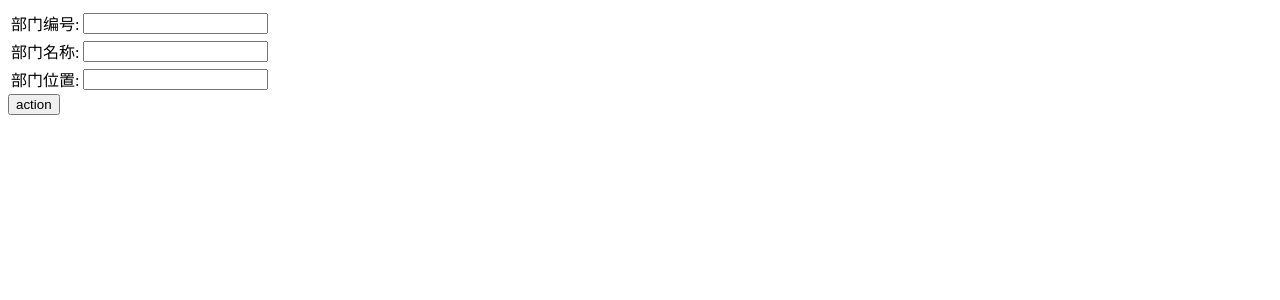
Repository: jianminghao/ssiProject
Page: http://localhost/myssiProject/dept.jsp
These files come from the project's save history. The page is drawn as it stood at one moment and after the next save; the edit follows.
The browser window is 1280 px wide. The pictures show the whole page.
The page is served by Tomcat 9. Other server files are loaded and not shown.

Above is the page before, as saved 2020-03-05 04:09:10.

### myssiProject/WebContent/dept.jsp
<%@ page language="java" contentType="text/html; charset=UTF-8"
    pageEncoding="UTF-8"%>
<!DOCTYPE html>
<%@page import="java.util.List"%>
<%@page import="java.util.ArrayList"%>
<%@page import="myssiProject.com.hao.detp.vo.DeptInfo"%>


<html>
<head>
<meta charset="UTF-8">
<title>Insert title here</title>
<SCRIPT src="resource/jquery/jquery.js" type=text/javascript></SCRIPT>

	<script type="text/javascript">
		var locationPath = "localhost:8080/myssiProject";
		//定义Action的URL
	    insert = function (){
			debugger;
	    	var deptNo =  document.getElementById("deptNo").value;
	    	var dName =  document.getElementById("dName").value;
	    	var loc =  document.getElementById("loc").value;
			document.all.dept.action=locationPath+"/dept.do?method=insert"
										+"&deptInfo.deptNo="+deptNo
										+"&deptInfo.dName="+dName
										+"&deptInfo.loc="+loc;
			document.all.dept.submit();
		}
	    function deleteInfo(){
			debugger;
	    	var deptNo =  document.getElementById("deptNo").value;
	    	var dName =  document.getElementById("dName").value;
	    	var loc =  document.getElementById("loc").value;
			document.all.dept.action=locationPath+"/dept.do?method=delete"
										+"&deptInfo.deptNo="+deptNo
										+"&deptInfo.dName="+dName
										+"&deptInfo.loc="+loc;
			document.all.dept.submit();
		}
	    function update(){
			debugger;
	    	var deptNo =  document.getElementById("deptNo").value;
	    	var dName =  document.getElementById("dName").value;
	    	var loc =  document.getElementById("loc").value;
			document.all.dept.action=locationPath+"/dept.do?method=update"
										+"&deptInfo.deptNo="+deptNo
										+"&deptInfo.dName="+dName
										+"&deptInfo.loc="+loc;
			document.all.dept.submit();
		}
	    function query(){
			debugger;
	    	var deptNo =  document.getElementById("deptNo").value;
	    	var dName =  document.getElementById("dName").value;
	    	var loc =  document.getElementById("loc").value;
			document.all.dept.action=locationPath+"/dept.do?method=list"
										+"&deptInfo.deptNo="+deptNo
										+"&deptInfo.dName="+dName
										+"&deptInfo.loc="+loc;
			console.log(document.all.dept.action);
			document.all.dept.submit();
		}

	</script>
</head>
<body>
	<form id="dept" name ="dept"  method="post" action="dept.do" >
	<!-- <form action="dept.do"  method="post" focus="dept"> -->
		<table>
			<tr>
				<td>部门编号:  </td>
				 <td><input type="text" id="deptNo" name="deptInfo.deptNo"></td>
			</tr>
			<tr>
				<td>部门名称:  </td>
				 <td><input type="text" id="dName" name="deptInfo.dName"></td>
			</tr>
			<tr>
				<td>部门位置:  </td>
				 <td><input type="text" id="loc" name="deptInfo.loc"></td>
			</tr>
		</table>
		<input type="submit"  value="action" hidden;>
		<!-- <input type="button" class="btn" onclick=insert() value="新增">
		<input type="button" class="btn" onclick=deleteInfo() value="删除">
		<input type="button" class="btn" onclick=update() value="修改">
		<input type="button" class="btn" onclick=query() value="查询"> -->
	</form>
</body>
</html>

Loaded but not shown: myssiProject/WebContent/resource/jquery/jquery.js (library)

After the next save:
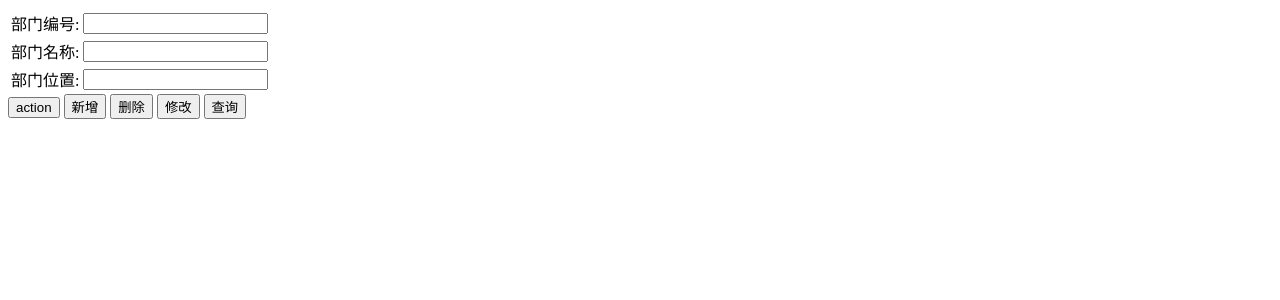
Saved 4 s later.
--- a/myssiProject/WebContent/dept.jsp
+++ b/myssiProject/WebContent/dept.jsp
@@ -81,10 +81,10 @@
 			</tr>
 		</table>
 		<input type="submit"  value="action" hidden;>
-		<!-- <input type="button" class="btn" onclick=insert() value="新增">
+		<input type="button" class="btn" onclick=insert() value="新增">
 		<input type="button" class="btn" onclick=deleteInfo() value="删除">
 		<input type="button" class="btn" onclick=update() value="修改">
-		<input type="button" class="btn" onclick=query() value="查询"> -->
+		<input type="button" class="btn" onclick=query() value="查询">
 	</form>
 </body>
 </html>
